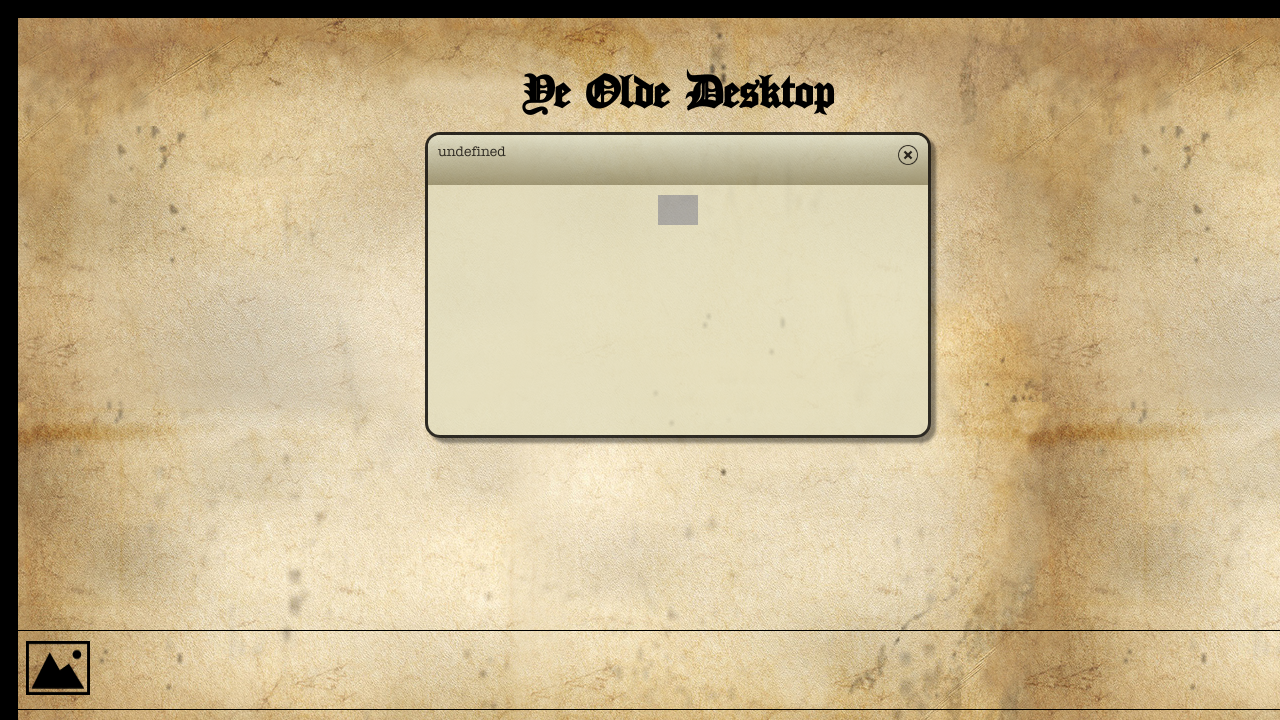
Repository: ma223md/1dv403-laborationer
Page: 5-pwd/index.html
The author's editor kept a record of every edit. The page is drawn from the files as they stood at one moment, then again after the next edit.
The browser window is 1280 px wide. The pictures show the whole page.
After loading, the first visible `img` was clicked once.
Pictures or frames that could not be fetched are drawn as grey boxes.

Above is the page before.

After the next edit:
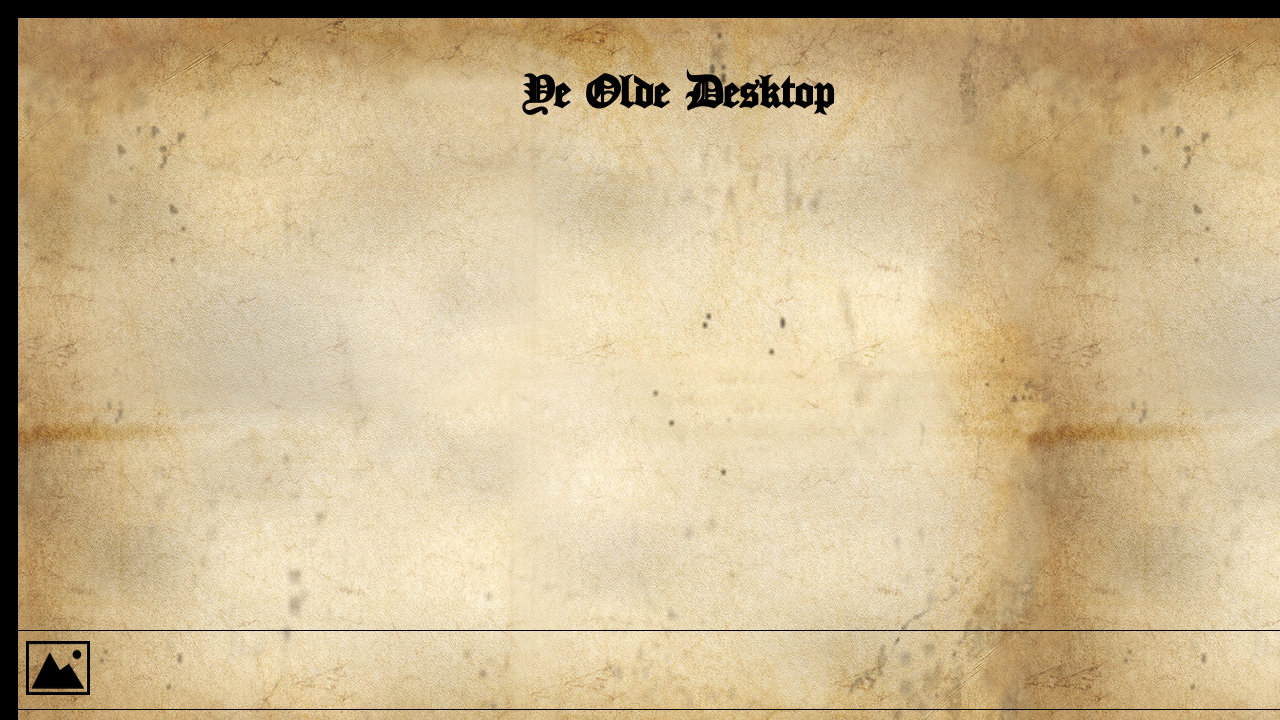
Console error: ReferenceError: ImageViewer is not defined
The edit:
--- a/5-pwd/js/navigation.js
+++ b/5-pwd/js/navigation.js
@@ -23,7 +23,7 @@
     icon.onclick = function(e){
         // create new window
         //e.preventDefault();
-        new Window(that.desktop, icon);
+        new Window(that.desktop, icon, name);
         return false;
     };
 };
